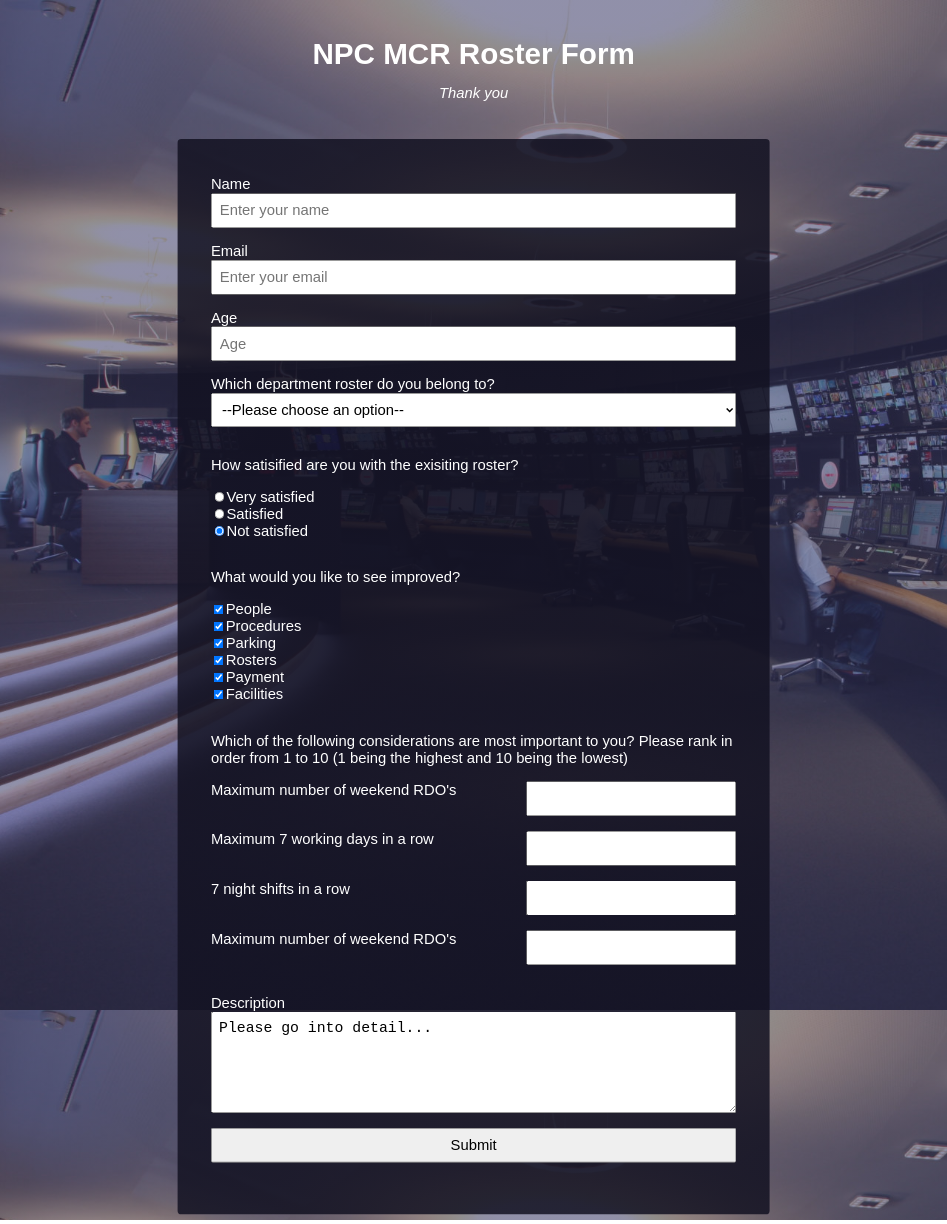
Repository: rvass/fcc-survey-form
Page: index.html
The author's editor kept a record of every edit. The page is drawn from the files as they stood at one moment, then again after the next edit.
The browser window is 1280 px wide. The pictures show the whole page, at 74% of full size.

Above is the page before.

After the next edit:
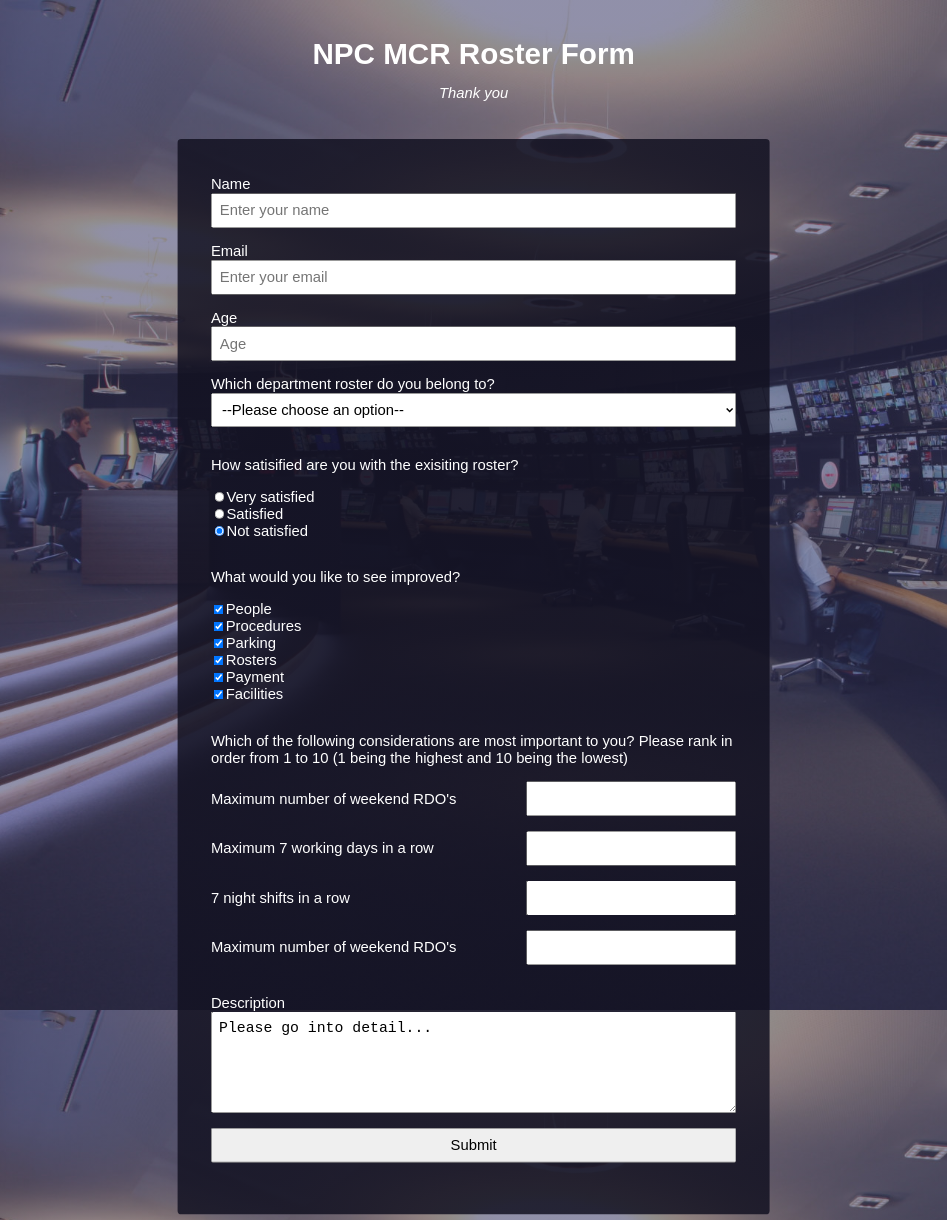
The edit:
--- a/styles.css
+++ b/styles.css
@@ -61,7 +61,7 @@
 
 .considerations {
     display: flex;
-    /*flex-direction: column;*/
+    align-items: center;
     margin-bottom: 20px;
 }
 
